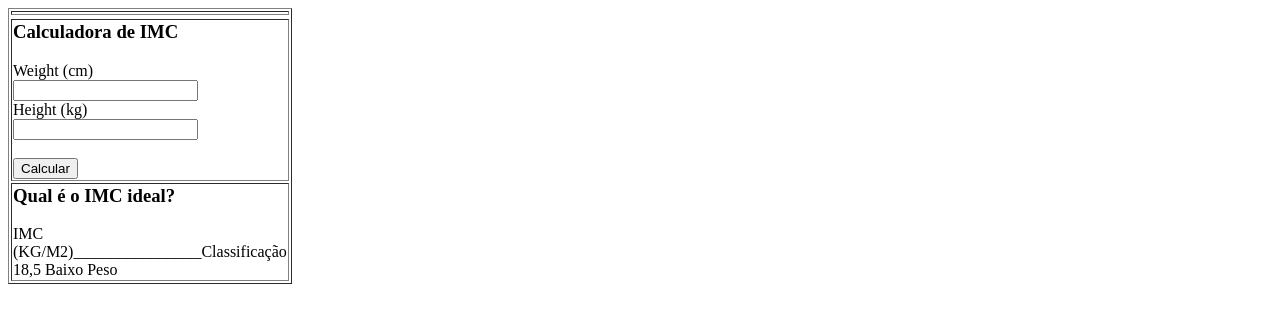
Repository: Patriciamativi/Projetos
Page: index.html
An editor plug-in stored every save of this project. The page is shown before and after the next save, followed by the edit.
The browser window is 1280 px wide. The pictures show the whole page.

Above is the page before, as saved 2022-11-21 15:26:54.

### index.html
<html>
    <head>
        <title>Calculadora de IMC</title>
        <meta charset="utf-8"/>

        <style type="text/css">

            p {
                /*border: 5px groove rgb(168, 50, 247);*/
                border-radius: 5px;
                width: 217px;
            }
            td {

                /*background-color: rgb(216, 166, 240);*/
            }

        </style>
    </head>
   <p>
<table border="1">
    <body>
            <th><tr></tr><td colspan="2" > <h3>Calculadora de IMC</h3>

            Weight (cm)<br/>
            <input type: "number" > </br>

            Height (kg)<br/>
            <input type: "number" > </br> </br>

            <input type= "submit" value="Calcular"> </td>
            </tr>

            <tr><td> <h3>Qual é o IMC ideal?</h3>

                IMC (KG/M2)________________Classificação </br>
                18,5            Baixo Peso </td></tr>


    </table>
</p>
        </body>
</html>

After the next save:
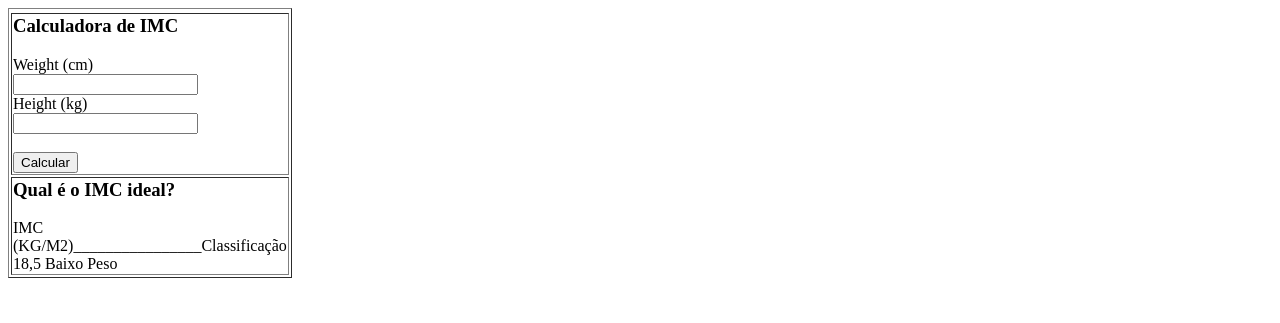
Saved 4 s later.
--- a/index.html
+++ b/index.html
@@ -20,7 +20,7 @@
    <p>
 <table border="1">
     <body>
-            <th><tr></tr><td colspan="2" > <h3>Calculadora de IMC</h3>
+            <tr></tr><td colspan="2" > <h3>Calculadora de IMC</h3>
 
             Weight (cm)<br/>
             <input type: "number" > </br>
